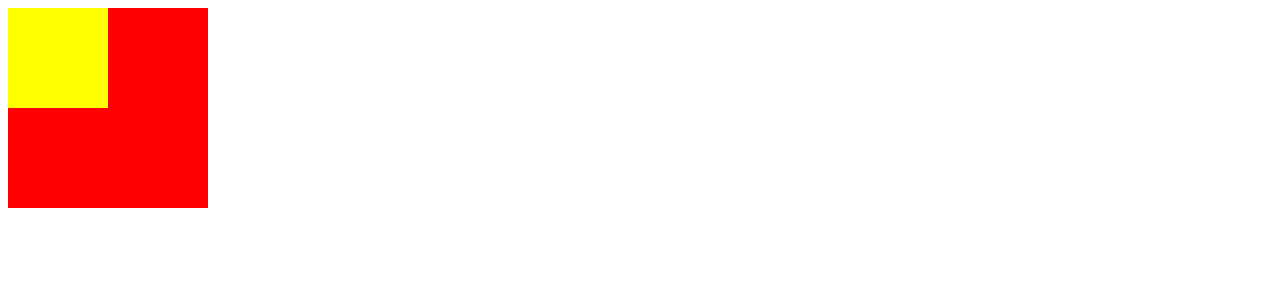
Repository: Qianfane/Blog
Page: CSS/居中测试/2.center-position-margin.html
These files come from the project's save history. The page is drawn as it stood at one moment and after a run of saves; the edit follows.
The browser window is 1280 px wide. The pictures show the whole page.

Above is the page before, as saved 2022-01-24 22:22:36.

### CSS/居中测试/2.center-position-margin.html
<!DOCTYPE html>
<html lang="en">
<head>
    <meta charset="UTF-8">
    <meta http-equiv="X-UA-Compatible" content="IE=edge">
    <meta name="viewport" content="width=device-width, initial-scale=1.0">
    <title>定宽高</title>
</head>
<body>
<style>
    .outer {
        width: 200px;
        height: 200px;
        background-color: red;

        /* position: relative; */
    }
    .inner {
        width: 100px;
        height: 100px;
        background-color: yellow;

        /* position: absolute; */
        /* top: calc(50% - 50px);
        left: calc(50% - 50px); */

    }
</style>
<div class="outer">
    <div class="inner"></div>
</div>
</body>
</html>

After the next 6 saves:
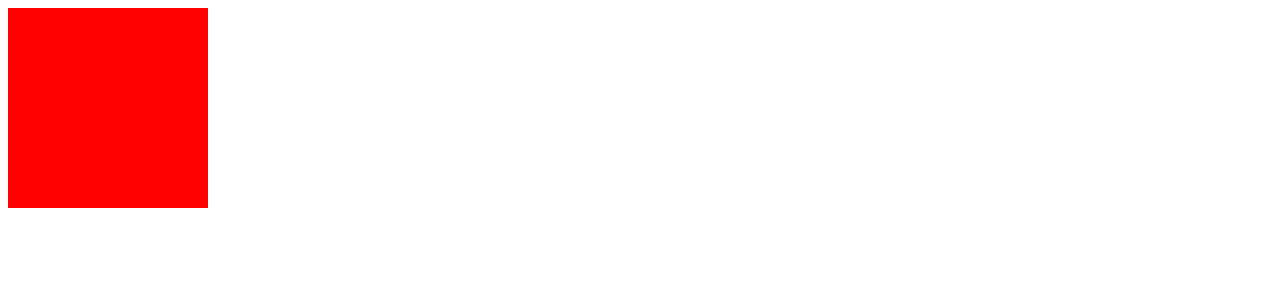
The 6 saves are shown as one change because they came seconds apart.
The last was saved 18 s later.
--- a/CSS/居中测试/2.center-position-margin.html
+++ b/CSS/居中测试/2.center-position-margin.html
@@ -14,11 +14,13 @@
         background-color: red;
 
         /* position: relative; */
+        display: flex;
     }
     .inner {
-        width: 100px;
-        height: 100px;
+        /* width: 100px;
+        height: 100px; */
         background-color: yellow;
+        margin: auto;
 
         /* position: absolute; */
         /* top: calc(50% - 50px);

After the 5 saves that followed:
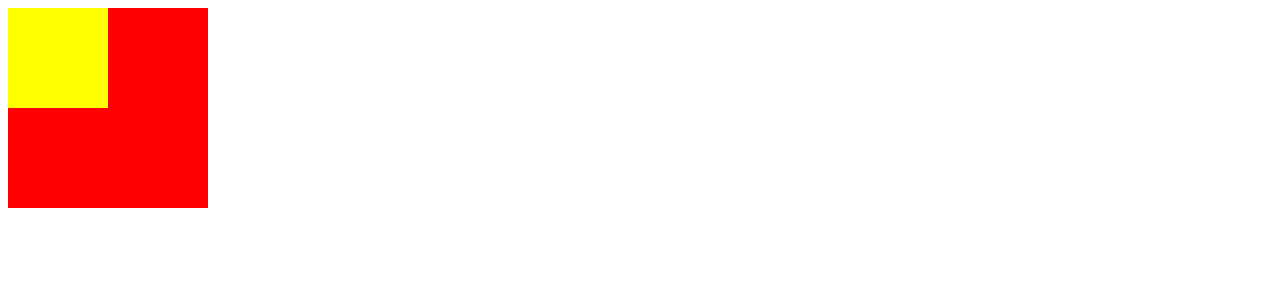
The 5 saves are shown as one change because 1 left the picture as it was and some came seconds apart.
The last was saved 2 min 34 s later.
--- a/CSS/居中测试/2.center-position-margin.html
+++ b/CSS/居中测试/2.center-position-margin.html
@@ -13,16 +13,16 @@
         height: 200px;
         background-color: red;
 
-        /* position: relative; */
+        position: relative;
         display: flex;
     }
     .inner {
-        /* width: 100px;
-        height: 100px; */
+        width: 100px;
+        height: 100px;
         background-color: yellow;
         margin: auto;
 
-        /* position: absolute; */
+        position: absolute;
         /* top: calc(50% - 50px);
         left: calc(50% - 50px); */
 
